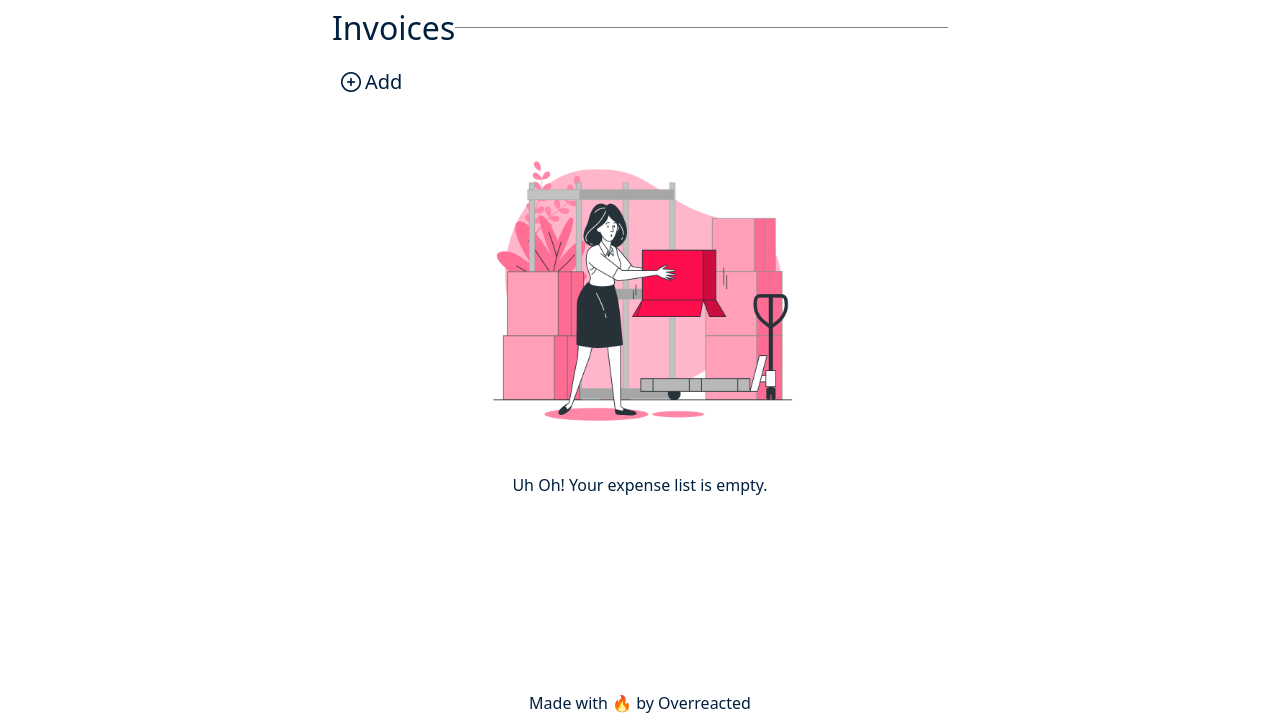
Repository: om1ars/task3
Page: /
The author's editor kept a copy of each file at every save. The page is drawn from the files as they stood at one save, then again after a run of saves.
The browser window is 1280 px wide. The pictures show the whole page.
Some web libraries are served in a nearby version. The project was rebuilt for these pictures with package versions that can differ from the ones it lists, and the page was loaded fresh each time. Also part of the build but not shown: src/constants/add-expense.js, src/components/add-form/add-form.css, src/components/add-form/success-modal.css, src/components/add-form/success-modal.js, src/components/add-form/index.js, src/pages/add-expense/add-expense.css, src/pages/add-expense/index.js, src/components/expense-list/card.css and 1 more.

Above is the page before, as saved 2021-12-18 14:42:04.

After the next 2 saves:
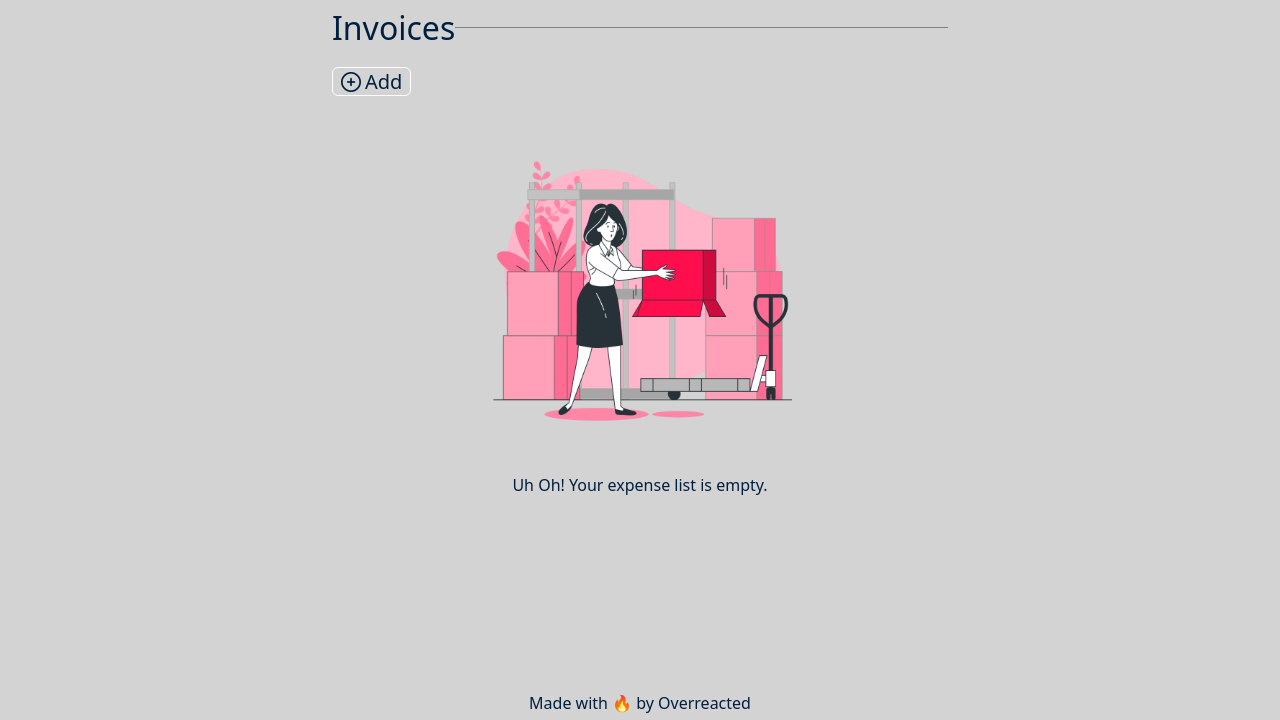
The 2 saves are shown as one change because they came seconds apart.
The last was saved 22 s later.
--- a/src/index.css
+++ b/src/index.css
@@ -3,7 +3,7 @@ body {
   font-family: "Noto Sans", sans-serif;
   -webkit-font-smoothing: antialiased;
   -moz-osx-font-smoothing: grayscale;
-  /* background-color: #71ccca; */
+  background-color: lightgray;
   color: #001f3f;
 }
 a {
